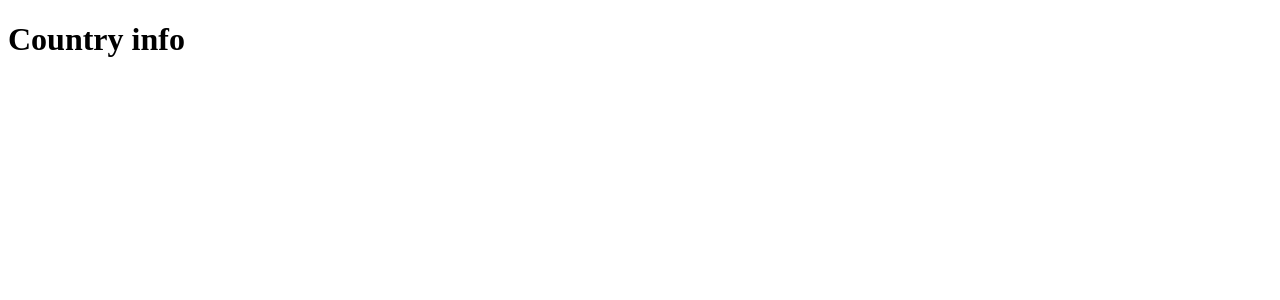
Repository: ObradovicNikola/pmf-rzk-part2
Page: http://localhost/CountryInfoWEB/
The author's editor kept a copy of each file at every save. The page is drawn from the files as they stood at one save, then again after a run of saves.
The browser window is 1280 px wide. The pictures show the whole page.
The page is served by Tomcat 9.

Above is the page before, as saved 2022-12-12 20:11:17.

After the next 2 saves:
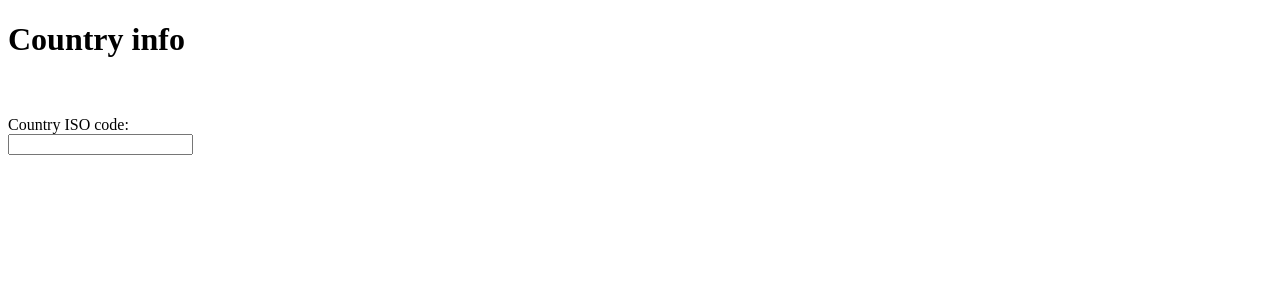
The 2 saves are shown as one change because they came seconds apart.
The last was saved 70 s later.
--- a/CountryInfoWEB/src/main/webapp/index.jsp
+++ b/CountryInfoWEB/src/main/webapp/index.jsp
@@ -10,5 +10,18 @@
 
 	<h1>Country info</h1>
 
+	<br />
+	<br />
+
+	<form action="CountryInfoServlet">
+		<label>Country ISO code: </label>
+		<br />
+		<input type="text" name="isoCode" />
+	</form>
+
+
+	<br />
+
+
 </body>
 </html>
